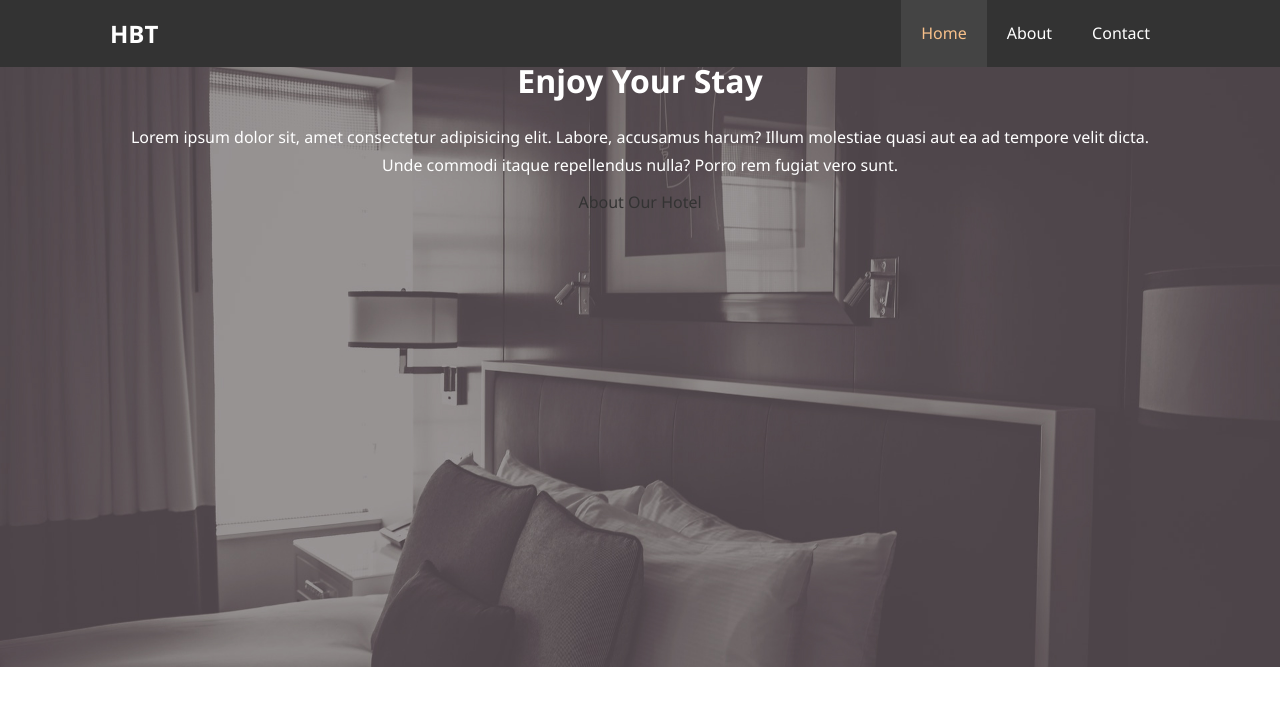
Repository: minhtien9/hotel-website
Page: index.html
An editor plug-in stored every save of this project. The page is shown before and after the next save, followed by the edit.
The browser window is 1280 px wide. The pictures show the whole page.

Above is the page before, as saved 2021-08-14 11:35:15.

### index.html
<!DOCTYPE html>
<html lang="en">

<head>
    <meta charset="UTF-8" />
    <meta http-equiv="X-UA-Compatible" content="IE=edge" />
    <meta name="viewport" content="width=device-width, initial-scale=1.0" />
    <meta name="description" content="Welcome to the most extraordinary hotel in Boston Massachusetts" />
    <meta name="keywords" content="hotel, boston hotel, new england hotel" />
    <link rel="stylesheet" href="css/style.css" />
    <title>Hotel BT | Welcome</title>
</head>

<body>
    <header>
        <nav id="navbar">
            <div class="container">
                <h1 class="logo">
                    <a href="index.html"></a> HBT</h1>
                <ul>
                    <li><a class="current" href="index.html">Home</a></li>
                    <li><a href="about.html">About</a></li>
                    <li><a href="contact.html">Contact</a></li>
                </ul>
            </div>
        </nav>
        <div id="showcase">
            <div class="container">
                <div class="showcase-content">
                    <h1><span class="text-primary">Enjoy </span>Your Stay</h1>
                    <p class="lead">
                        Lorem ipsum dolor sit, amet consectetur adipisicing elit. Labore, accusamus harum? Illum molestiae quasi aut ea ad tempore velit dicta. Unde commodi itaque repellendus nulla? Porro rem fugiat vero sunt.
                    </p>
                    <a class="btn" href="about.html">About Our Hotel</a>
                </div>
            </div>
        </div>
    </header>
</body>

</html>

### css/style.css
/* Reset */

* {
    margin: 0;
    padding: 0;
    box-sizing: border-box;
}


/* Main Styling */

html,
body {
    font-family: 'Segoe UI', Tahoma, Geneva, Verdana, sans-serif;
    line-height: 1.7em;
}

a {
    color: #333;
    text-decoration: none;
}

h1,
h2,
h3 {
    padding-bottom: 20px;
}

p {
    margin: 10px 0;
}


/* Utility Classes */

.container {
    margin: auto;
    max-width: 1100px;
    overflow: auto;
    padding: 0 20px;
}


/* Navbar */

#navbar {
    background: #333;
    color: #fff;
    overflow: auto;
}

#navbar a {
    color: #fff;
}

#navbar h1 {
    float: left;
    padding-top: 20px;
}

#navbar ul {
    list-style: none;
    float: right;
}

#navbar ul li {
    float: left;
}

#navbar ul li a {
    display: block;
    padding: 20px;
    text-align: center;
}

#navbar ul li a:hover,
#navbar ul li a.current {
    background: #444;
    color: #f7c08a;
}


/* Show case */

#showcase {
    background: url('../img/showcase.jpg') no-repeat center center/cover;
    height: 600px;
}

#showcase .showcase-content {
    color: #fff;
    text-align: center;
}

After the next save:
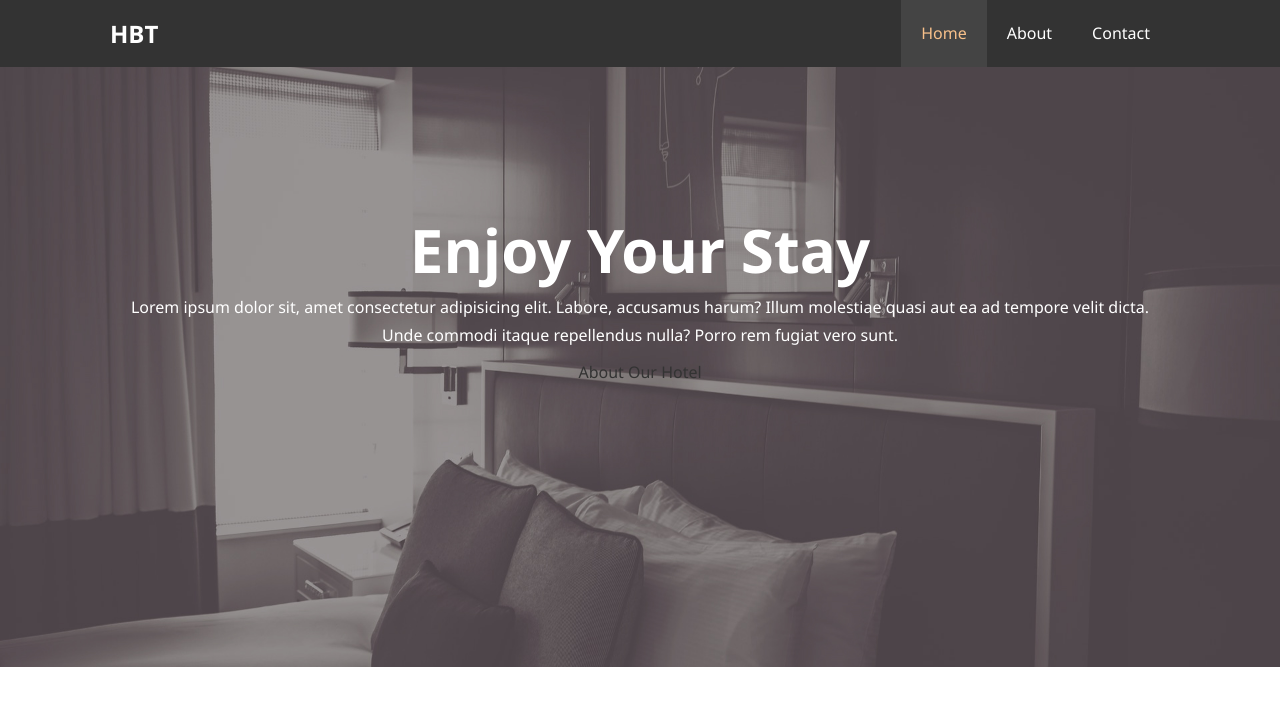
Saved 36 s later.
--- a/css/style.css
+++ b/css/style.css
@@ -90,4 +90,9 @@ p {
 #showcase .showcase-content {
     color: #fff;
     text-align: center;
+    padding-top: 170px;
 }
+
+#showcase .showcase-content h1 {
+    font-size: 60px;
+}
